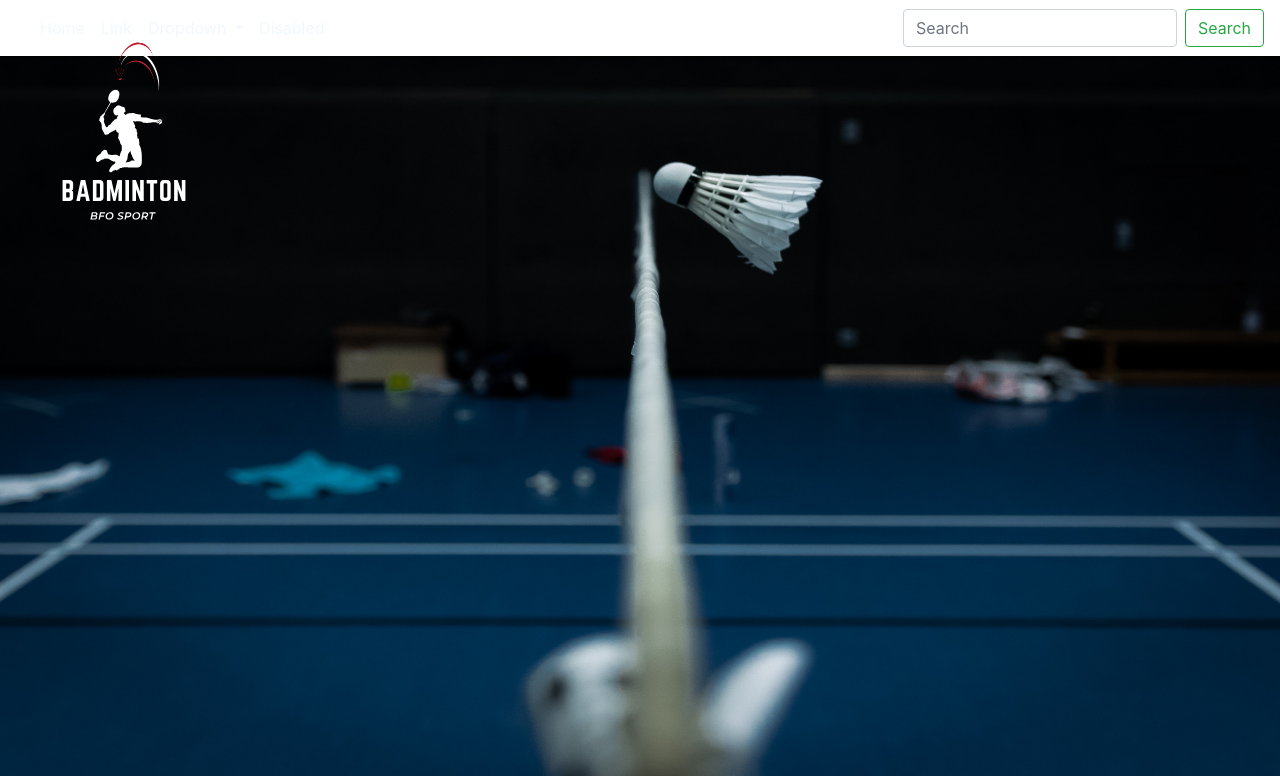
Repository: tsthuy/Badminton
Page: index.html
The author's editor kept a copy of each file at every save. The page is drawn from the files as they stood at one save, then again after the next save.
The browser window is 1280 px wide. The pictures show the whole page.
Some web libraries are served in a nearby version.

Above is the page before, as saved 2023-10-13 20:23:57.

### index.html
<!DOCTYPE html>
<html lang="en">
<head>
    <meta charset="UTF-8">
    <meta name="viewport" content="width=device-width, initial-scale=1.0">
    <link rel="stylesheet" href="https://cdn.jsdelivr.net/npm/bootstrap@4.0.0/dist/css/bootstrap.min.css" integrity="sha384-Gn5384xqQ1aoWXA+058RXPxPg6fy4IWvTNh0E263XmFcJlSAwiGgFAW/dAiS6JXm" crossorigin="anonymous">
    <link rel="stylesheet" href="main.css">

    <title>Badminton</title>
</head>
<body>

<nav class="navbar navbar-expand-lg navbar-light bg-light " style="background-color: transparent !important;
">
  <a style="color: aliceblue;" class="navbar-brand" href="#">

        <img class="logo" src="./Image/sport center (1).svg" />


  </a>
  <button class="navbar-toggler" type="button" data-toggle="collapse" data-target="#navbarSupportedContent" aria-controls="navbarSupportedContent" aria-expanded="false" aria-label="Toggle navigation">
    <span class="navbar-toggler-icon"></span>
  </button>

  <div class="collapse navbar-collapse" id="navbarSupportedContent">
    <ul class="navbar-nav mr-auto">
      <li class="nav-item active">
        <a style="color: aliceblue;" class="nav-link" href="#">Home <span class="sr-only">(current)</span></a>
      </li>
      <li class="nav-item">
        <a style="color: aliceblue;" class="nav-link" href="#">Link</a>
      </li>
      <li class="nav-item dropdown">
        <a style="color: aliceblue;" class="nav-link dropdown-toggle" href="#" id="navbarDropdown" role="button" data-toggle="dropdown" aria-haspopup="true" aria-expanded="false">
          Dropdown
        </a>
        <div style="color: aliceblue;" class="dropdown-menu" aria-labelledby="navbarDropdown">
          <a class="dropdown-item" href="#">Action</a>
          <a class="dropdown-item" href="#">Another action</a>
          <div class="dropdown-divider"></div>
          <a class="dropdown-item" href="#">Something else here</a>
        </div>
      </li>
      <li class="nav-item">
        <a style="color: aliceblue;" class="nav-link disabled" href="#">Disabled</a>
      </li>
    </ul>
    <form class="form-inline my-2 my-lg-0">
      <input class="form-control mr-sm-2" type="search" placeholder="Search" aria-label="Search">
      <button class="btn btn-outline-success my-2 my-sm-0" type="submit">Search</button>
    </form>
  </div>
</nav>
   <div class="background_cover">

    <img class="bg_img" src="./Image/stephan-rothe-VePgmkq3hHI-unsplash.jpg" alt="" style="">
   </div>

</body>

<script src="https://code.jquery.com/jquery-3.2.1.slim.min.js" integrity="sha384-KJ3o2DKtIkvYIK3UENzmM7KCkRr/rE9/Qpg6aAZGJwFDMVNA/GpGFF93hXpG5KkN" crossorigin="anonymous"></script>
<script src="https://cdn.jsdelivr.net/npm/popper.js@1.12.9/dist/umd/popper.min.js" integrity="sha384-ApNbgh9B+Y1QKtv3Rn7W3mgPxhU9K/ScQsAP7hUibX39j7fakFPskvXusvfa0b4Q" crossorigin="anonymous"></script>
<script src="https://cdn.jsdelivr.net/npm/bootstrap@4.0.0/dist/js/bootstrap.min.js" integrity="sha384-JZR6Spejh4U02d8jOt6vLEHfe/JQGiRRSQQxSfFWpi1MquVdAyjUar5+76PVCmYl" crossorigin="anonymous"></script>
    </script>
</html>

### main.css
.logo
{
    width: 300px;
   position: absolute;
   left: -26px;
   top: 0;
}
.bg_img
{
    height: 100vh;
    width: 100%;
}

After the next save:
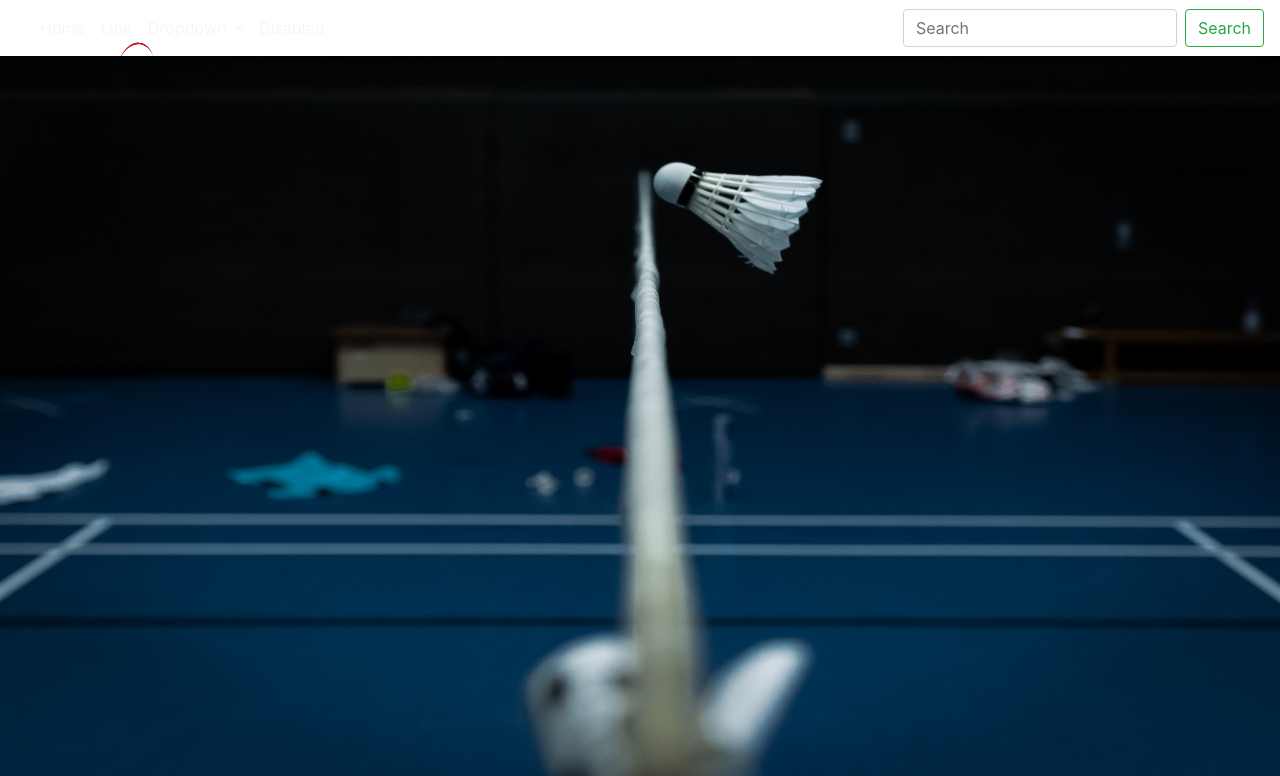
Saved 21 s later.
--- a/main.css
+++ b/main.css
@@ -7,6 +7,7 @@
 }
 .bg_img
 {
+    position: relative;
     height: 100vh;
     width: 100%;
 }

After the 3 saves that followed:
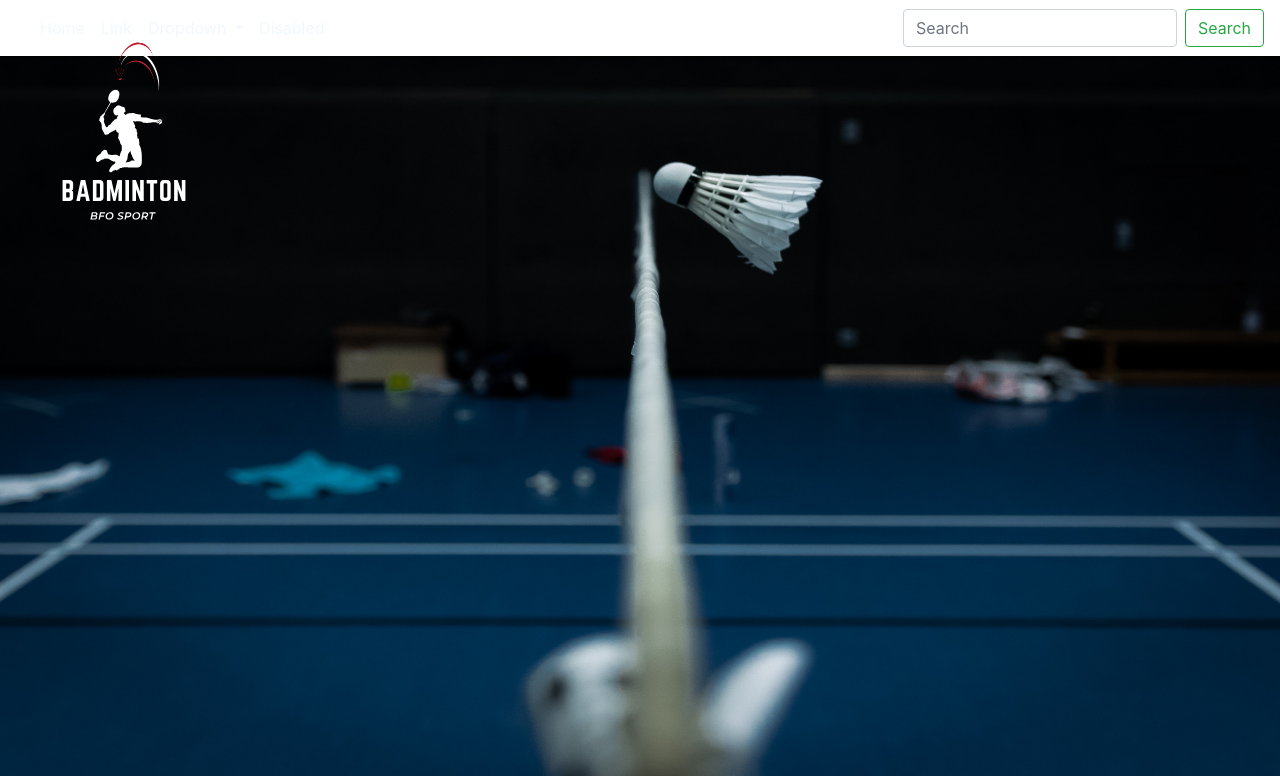
The 3 saves are shown as one change because 2 left the picture as it was.
The last was saved 21 s later.
--- a/main.css
+++ b/main.css
@@ -7,7 +7,6 @@
 }
 .bg_img
 {
-    position: relative;
     height: 100vh;
     width: 100%;
 }
